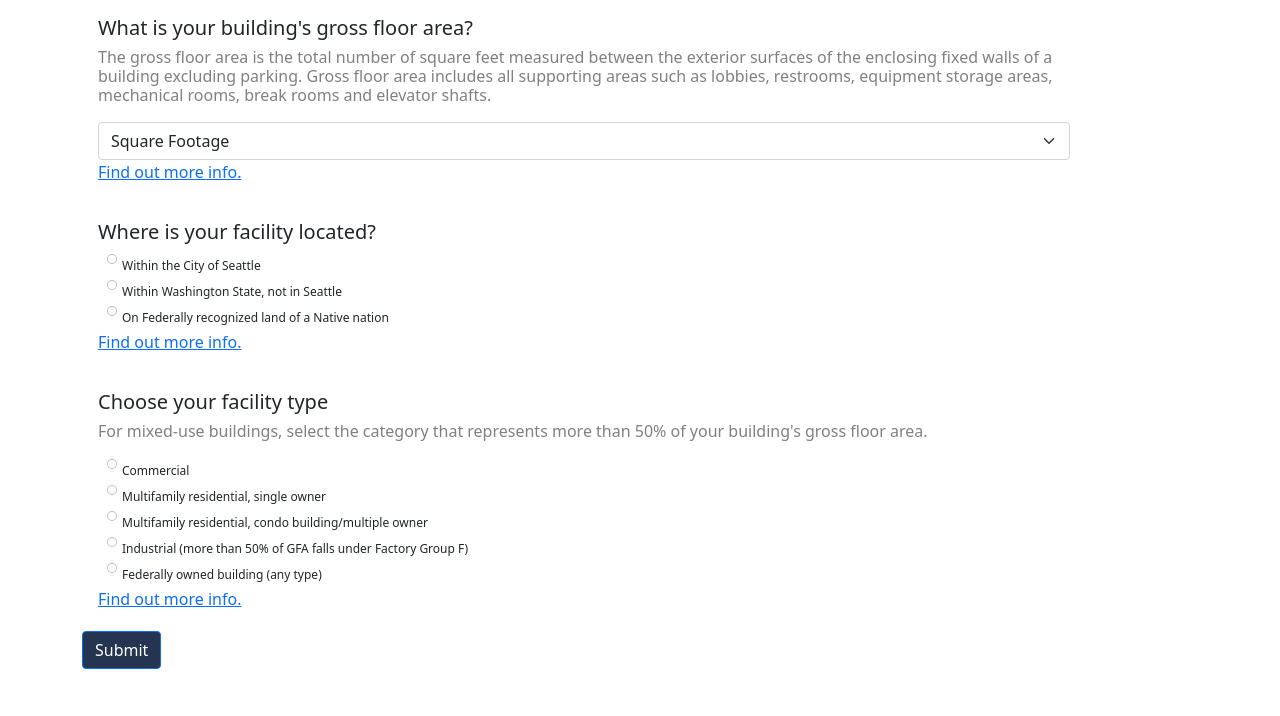
Repository: ChaidGPT/SershonSystemsQuiz
Page: index.html
The author's editor kept a copy of each file at every save. The page is drawn from the files as they stood at one save, then again after the next save.
The browser window is 1280 px wide. The pictures show the whole page.

Above is the page before, as saved 2023-07-07 15:55:45.

After the next save:
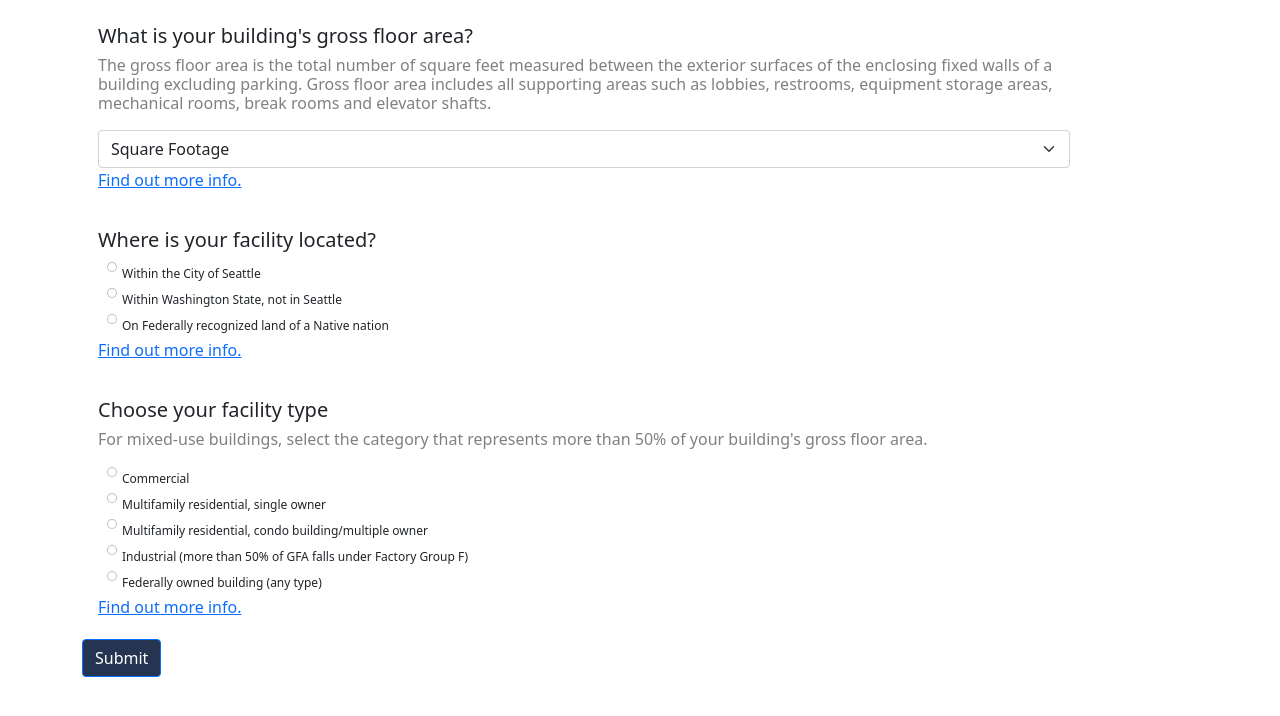
Saved 68 s later.
--- a/index.html
+++ b/index.html
@@ -42,7 +42,7 @@
 <body>
 	<div class="container">
 		<!-- Question 1 Card -->
-		<div class="card mb-1">
+		<div class="card mb-1 mt-2">
 			<div class="card-body">
 				<h5 class="card-title">What is your building's gross floor area?</h5>
 				<p class="card-text">The gross floor area is the total number of square feet measured between the exterior surfaces of the enclosing fixed walls of a building excluding parking. Gross floor area includes all supporting areas such as lobbies, restrooms, equipment storage areas, mechanical rooms, break rooms and elevator shafts.</p>
